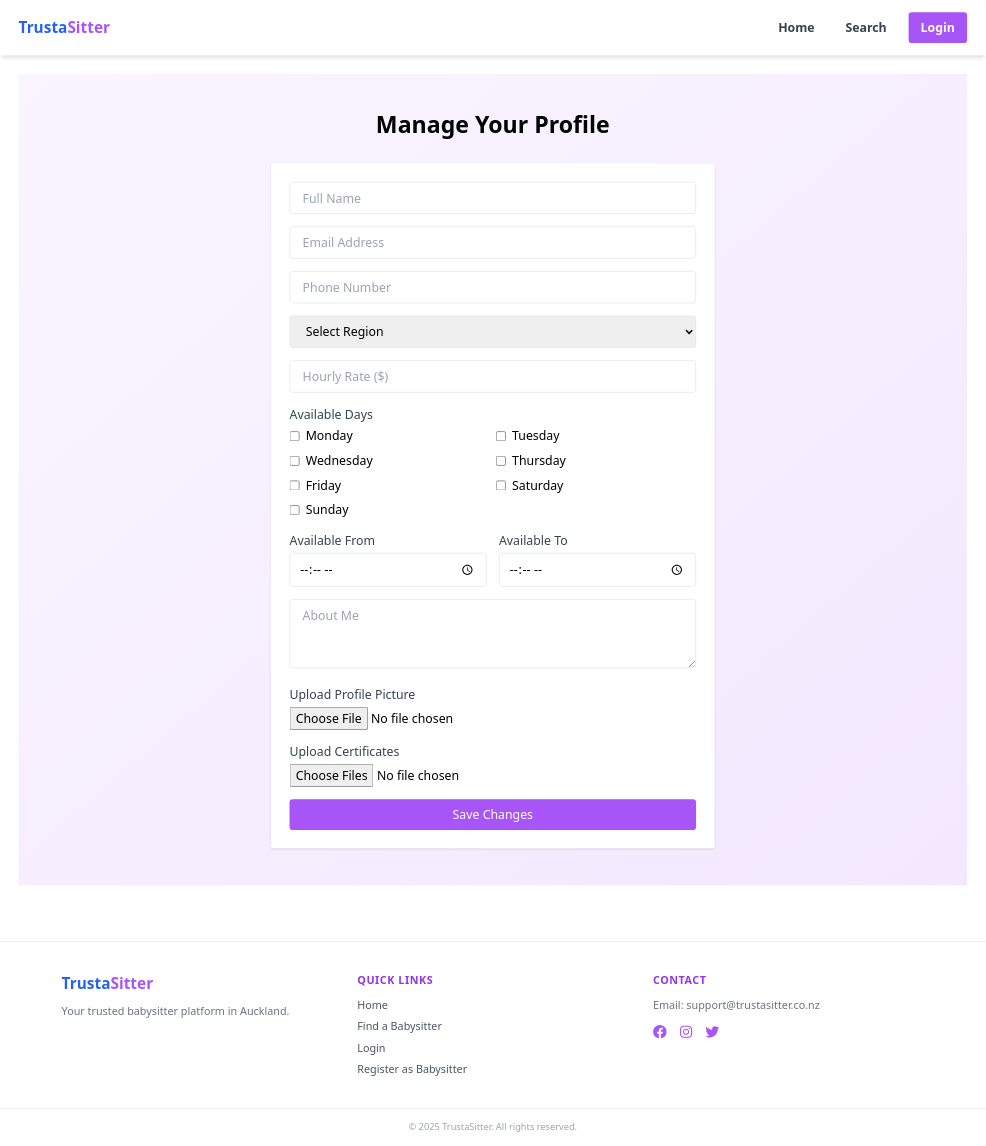
Repository: LargeWC-Code/TrustaSitter
Page: /profile (app in trustasitter-frontend/)
These files come from the project's save history. The page is drawn as it stood at one moment and after the next save; the edit follows.
The browser window is 1280 px wide. The pictures show the whole page, at 77% of full size.
The project was rebuilt for these pictures with package versions that can differ from the ones it lists, and the page was loaded fresh each time. Also part of the build but not shown: trustasitter-frontend/vite.config.js, trustasitter-frontend/src/pages/Home.jsx, trustasitter-frontend/src/pages/Search.jsx, trustasitter-frontend/src/services/api.js, trustasitter-frontend/src/pages/Login.jsx, trustasitter-frontend/src/pages/Bookings.jsx, trustasitter-frontend/src/pages/ChooseRole.jsx, trustasitter-frontend/src/pages/RegisterBabysitter.jsx and 3 more.

Above is the page before, as saved 2025-06-30 02:38:38.

### trustasitter-frontend/index.html
<!doctype html>
<html lang="en">
  <head>
    <meta charset="UTF-8" />
    <link rel="icon" type="image/png" href="/image.png" />
    <meta name="viewport" content="width=device-width, initial-scale=1.0" />
    <title>TrustaSitter</title>
  </head>
  <body>
    <div id="root"></div>
    <script type="module" src="/src/main.jsx"></script>
  </body>
</html>

### trustasitter-frontend/src/main.jsx
import React from 'react';
import ReactDOM from 'react-dom/client';
import App from './App';
import './index.css'; // Importing global styles
import { BrowserRouter } from 'react-router-dom';
import { AuthProvider } from './context/AuthContext';

ReactDOM.createRoot(document.getElementById('root')).render(
  <React.StrictMode>
    <AuthProvider>
        <App />
      </AuthProvider>
    </React.StrictMode>
);

### trustasitter-frontend/src/App.jsx
// App.jsx – Router setup with Navbar
import React from 'react';
import { BrowserRouter as Router, Routes, Route } from 'react-router-dom';

import Navbar from './components/Navbar'; // Importing the Navbar component
import Footer from './components/Footer'; // Importing the Footer component
import Home from './pages/Home';  // Importing the Home component
import Search from './pages/Search';  // Importing the Search component
import Login from './pages/Login';  // Importing the Login component
import Bookings from './pages/Bookings';    // Importing the Bookings component
import ChooseRole from './pages/ChooseRole';  // Importing the ChooseRole component
import RegisterBabysitter from './pages/RegisterBabysitter'; // Importing the RegisterBabysitter component
import RegisterClient from './pages/RegisterClient'; // Importing the RegisterClient component
import  HomeClient from './pages/HomeClient'; // Importing the HomeClient component
import HomeBabysitter from './pages/HomeBabysitter'; // Importing the HomeBabysitter component
import ProfileBabysitter from "./pages/ProfileBabysitter"; // Importing the ProfileBabysitter component
import ScrollToTop from './components/ScrollToTop'; // Importing the ScrollToTop component

const App = () => {
  return (
    <Router>
      <ScrollToTop />
      <Navbar />
      <div className="p-6">
        <Routes>
          <Route path="/homeclient" element={<HomeClient />} />
          <Route path="/register-client" element={<RegisterClient />} />
          <Route path="/home-babysitter" element={<HomeBabysitter />} />
          <Route path="/" element={<Home />} />
          <Route path="/search" element={<Search />} />
          <Route path="/login" element={<Login />} />
          <Route path="/bookings" element={<Bookings />} />
          <Route path="/choose-role" element={<ChooseRole />} />
          <Route path="/register-babysitter" element={<RegisterBabysitter />} />
          <Route path="/profile" element={<ProfileBabysitter />} />
        </Routes>
      </div>
      <Footer />
    </Router>
  );
};

export default App;

### trustasitter-frontend/src/context/AuthContext.jsx
import React, { createContext, useState, useEffect } from "react";

export const AuthContext = createContext();

export const AuthProvider = ({ children }) => {
  const [user, setUser] = useState(null);
  const [token, setToken] = useState(null);

  // On load, check if token exists in localStorage
  useEffect(() => {
    const storedToken = localStorage.getItem("token");
    const storedUser = localStorage.getItem("user");
    if (storedToken && storedUser) {
      setToken(storedToken);
      setUser(JSON.parse(storedUser));
    }
  }, []);

  // Login function
  const login = (data) => {
    setToken(data.token);
    setUser(data.user);
    localStorage.setItem("token", data.token);
    localStorage.setItem("user", JSON.stringify(data.user));
  };

  // Logout function
  const logout = () => {
    setToken(null);
    setUser(null);
    localStorage.removeItem("token");
    localStorage.removeItem("user");
  };

  return (
    <AuthContext.Provider value={{ user, token, login, logout }}>
      {children}
    </AuthContext.Provider>
  );
};

### trustasitter-frontend/src/components/Navbar.jsx
import React, { useContext } from "react";
import { Link, useNavigate } from "react-router-dom";
import { AuthContext } from "../context/AuthContext";

function Navbar() {
  const { user, logout } = useContext(AuthContext);
  const navigate = useNavigate();

  const handleLogout = () => {
    logout();
    navigate("/");
  };

  return (
    <nav className="bg-white shadow-md px-6 py-4 flex justify-between items-center">
      {/* Logo */}
      <div className="text-xl font-bold">
        <Link to="/" className="text-xl font-bold">
          <span className="text-blue-600">Trusta</span>
          <span className="text-purple-500">Sitter</span>
        </Link>
      </div>

      {/* Navigation Links */}
      <div className="flex items-center gap-4">
        <Link
          to="/"
          className="text-gray-700 font-semibold px-3 py-2 rounded hover:bg-purple-50 hover:text-purple-600 transition"
        >
          Home
        </Link>
        <Link
          to="/search"
          className="text-gray-700 font-semibold px-3 py-2 rounded hover:bg-purple-50 hover:text-purple-600 transition"
        >
          Search
        </Link>

        {!user && (
          <Link
            to="/login"
            className="bg-purple-500 hover:bg-purple-600 text-white font-semibold px-4 py-2 rounded transition"
          >
            Login
          </Link>
        )}

        {user && (
          <>
            {user.role === "client" && (
              <Link
                to="/profile-client"
                className="text-gray-700 font-semibold px-3 py-2 rounded hover:bg-purple-50 hover:text-purple-600 transition"
              >
                My Profile
              </Link>
            )}
            {user.role === "babysitter" && (
              <Link
                to="/profile-babysitter"
                className="text-gray-700 font-semibold px-3 py-2 rounded hover:bg-purple-50 hover:text-purple-600 transition"
              >
                My Profile
              </Link>
            )}
            <button
              onClick={handleLogout}
              className="bg-red-500 hover:bg-red-600 text-white font-semibold px-4 py-2 rounded transition"
            >
              Logout
            </button>
          </>
        )}
      </div>
    </nav>
  );
}

export default Navbar;

### trustasitter-frontend/src/components/Footer.jsx
import React from 'react';
import { Link } from 'react-router-dom';
import { FaFacebook, FaInstagram, FaTwitter } from 'react-icons/fa';

const Footer = () => {
  return (
    <footer className="bg-white border-t mt-12">
      <div className="max-w-6xl mx-auto px-4 py-10 grid md:grid-cols-3 gap-8 text-sm text-gray-600">
        {/* Logo and description */}
        <div>
          <h2 className="text-xl font-bold mb-3">
            <span className="text-blue-600">Trusta</span>
            <span className="text-purple-500">Sitter</span>
          </h2>
          <p className="text-gray-500">Your trusted babysitter platform in Auckland.</p>
        </div>

        {/* Quick Links */}
        <div>
          <h3 className="font-semibold mb-3 text-purple-600 uppercase tracking-wider">Quick Links</h3>
          <ul className="space-y-2">
            <li>
              <Link
                to="/"
                onClick={() => window.scrollTo(0, 0)}
                className="hover:underline hover:text-purple-600 transition"
              >
                Home
              </Link>
            </li>
            <li>
              <Link
                to="/search"
                onClick={() => window.scrollTo(0, 0)}
                className="hover:underline hover:text-purple-600 transition"
              >
                Find a Babysitter
              </Link>
            </li>
            <li>
              <Link
                to="/login"
                onClick={() => window.scrollTo(0, 0)}
                className="hover:underline hover:text-purple-600 transition"
              >
                Login
              </Link>
            </li>
            <li>
              <Link
                to="/register-babysitter"
                onClick={() => window.scrollTo(0, 0)}
                className="hover:underline hover:text-purple-600 transition"
              >
                Register as Babysitter
              </Link>
            </li>
          </ul>
        </div>

        {/* Contact and socials */}
        <div>
          <h3 className="font-semibold mb-3 text-purple-600 uppercase tracking-wider">Contact</h3>
          <p className="text-gray-500">Email: support@trustasitter.co.nz</p>
          <div className="flex space-x-4 mt-4">
            <a href="#" className="text-purple-500 hover:text-purple-700 transition">
              <FaFacebook size={18} />
            </a>
            <a href="#" className="text-purple-500 hover:text-purple-700 transition">
              <FaInstagram size={18} />
            </a>
            <a href="#" className="text-purple-500 hover:text-purple-700 transition">
              <FaTwitter size={18} />
            </a>
          </div>
        </div>
      </div>
      <div className="text-center text-xs text-gray-400 py-4 border-t">
        © {new Date().getFullYear()} TrustaSitter. All rights reserved.
      </div>
    </footer>
  );
};

export default Footer;

### trustasitter-frontend/src/pages/ProfileBabysitter.jsx
// src/pages/ProfileBabysitter.jsx
import React, { useState } from "react";
import { FaCheckCircle } from "react-icons/fa";

const ProfileBabysitter = () => {
  const [showSuccess, setShowSuccess] = useState(false);

  // Handle form submission
  const handleSubmit = (e) => {
    e.preventDefault();
    // Mock: show success message
    setShowSuccess(true);
    // Hide message after 3 seconds
    setTimeout(() => setShowSuccess(false), 3000);
  };

  return (
    <main className="bg-gradient-to-br from-purple-50 to-purple-100 min-h-screen py-12 px-6">
      <h1 className="text-3xl font-bold text-center mb-8">
        Manage Your Profile
      </h1>

      <div className="max-w-xl mx-auto bg-white p-6 rounded shadow">
        {showSuccess && (
          <div className="mb-4 p-3 bg-green-100 text-green-700 rounded text-center flex items-center justify-center gap-2">
            <FaCheckCircle />
            <span>Profile updated successfully!</span>
          </div>
        )}

        <form onSubmit={handleSubmit} className="space-y-4">
          <input
            type="text"
            placeholder="Full Name"
            className="w-full px-4 py-2 border rounded focus:outline-none"
          />
          <input
            type="email"
            placeholder="Email Address"
            className="w-full px-4 py-2 border rounded focus:outline-none"
          />
          <input
            type="text"
            placeholder="Phone Number"
            className="w-full px-4 py-2 border rounded focus:outline-none"
          />
          <select className="w-full px-4 py-2 border rounded focus:outline-none">
            <option value="">Select Region</option>
            <option value="Central">Central</option>
            <option value="East">East</option>
            <option value="West">West</option>
            <option value="North">North</option>
            <option value="South">South</option>
          </select>
          <input
            type="text"
            placeholder="Hourly Rate ($)"
            className="w-full px-4 py-2 border rounded focus:outline-none"
          />

          {/* Available Days */}
          <div>
            <label className="block mb-1 text-gray-700 font-medium">
              Available Days
            </label>
            <div className="grid grid-cols-2 gap-2">
              {["Monday", "Tuesday", "Wednesday", "Thursday", "Friday", "Saturday", "Sunday"].map((day) => (
                <label key={day} className="flex items-center gap-2">
                  <input type="checkbox" />
                  <span>{day}</span>
                </label>
              ))}
            </div>
          </div>

          {/* Available Hours */}
          <div className="flex gap-4">
            <div className="w-1/2">
              <label className="block mb-1 text-gray-700 font-medium">Available From</label>
              <input type="time" className="w-full px-3 py-2 border rounded focus:outline-none" />
            </div>
            <div className="w-1/2">
              <label className="block mb-1 text-gray-700 font-medium">Available To</label>
              <input type="time" className="w-full px-3 py-2 border rounded focus:outline-none" />
            </div>
          </div>

          {/* About Me */}
          <textarea
            placeholder="About Me"
            className="w-full px-4 py-2 border rounded focus:outline-none"
            rows="3"
          />

          {/* Upload Profile Picture */}
          <div>
            <label className="block mb-1 text-gray-700 font-medium">
              Upload Profile Picture
            </label>
            <input type="file" className="w-full" />
          </div>

          {/* Upload Certificates */}
          <div>
            <label className="block mb-1 text-gray-700 font-medium">
              Upload Certificates
            </label>
            <input type="file" className="w-full" multiple />
          </div>

          <button
            type="submit"
            className="w-full bg-purple-500 hover:bg-purple-600 text-white py-2 rounded transition"
          >
            Save Changes
          </button>
        </form>
      </div>
    </main>
  );
};

export default ProfileBabysitter;

### trustasitter-frontend/src/components/ScrollToTop.jsx
import { useEffect } from "react";
import { useLocation } from "react-router-dom";

export default function ScrollToTop() {
  const { pathname } = useLocation();

  useEffect(() => {
    window.scrollTo(0, 0);
  }, [pathname]);

  return null;
}
// This component will scroll to the top of the page whenever the pathname changes.

Loaded but not shown: trustasitter-frontend/src/index.css (common file); trustasitter-frontend/tailwind.config.js (common file)

After the next save:
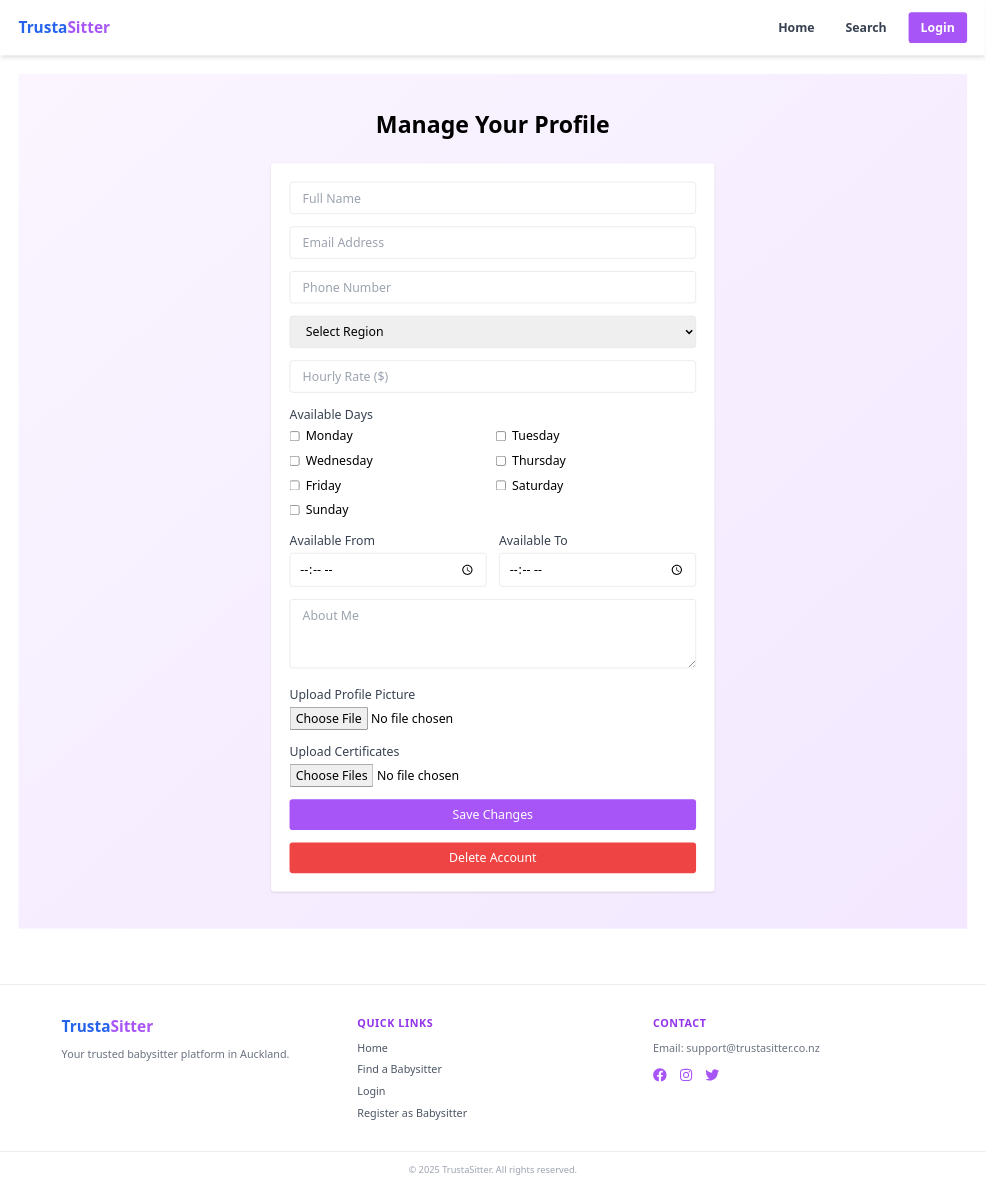
Saved 3 min 36 s later.
--- a/trustasitter-frontend/src/pages/ProfileBabysitter.jsx
+++ b/trustasitter-frontend/src/pages/ProfileBabysitter.jsx
@@ -1,17 +1,42 @@
 // src/pages/ProfileBabysitter.jsx
-import React, { useState } from "react";
+import React, { useState, useContext } from "react";
 import { FaCheckCircle } from "react-icons/fa";
+import { AuthContext } from "../context/AuthContext";
+import { useNavigate } from "react-router-dom";
+import axios from "axios";
 
 const ProfileBabysitter = () => {
   const [showSuccess, setShowSuccess] = useState(false);
+  const { token, logout } = useContext(AuthContext);
+  const navigate = useNavigate();
 
   // Handle form submission
   const handleSubmit = (e) => {
     e.preventDefault();
     // Mock: show success message
     setShowSuccess(true);
-    // Hide message after 3 seconds
     setTimeout(() => setShowSuccess(false), 3000);
+  };
+
+  // Handle account deletion
+  const handleDeleteAccount = async () => {
+    if (!window.confirm("Are you sure you want to delete your account? This cannot be undone.")) {
+      return;
+    }
+
+    try {
+      await axios.delete("http://localhost:3000/api/babysitters/profile", {
+        headers: {
+          Authorization: `Bearer ${token}`,
+        },
+      });
+
+      logout();
+      navigate("/");
+    } catch (error) {
+      console.error("Error deleting account:", error);
+      alert("Failed to delete account. Please try again.");
+    }
   };
 
   return (
@@ -114,6 +139,14 @@ const ProfileBabysitter = () => {
           >
             Save Changes
           </button>
+
+          <button
+            type="button"
+            onClick={handleDeleteAccount}
+            className="w-full bg-red-500 hover:bg-red-600 text-white py-2 rounded transition mt-2"
+          >
+            Delete Account
+          </button>
         </form>
       </div>
     </main>
